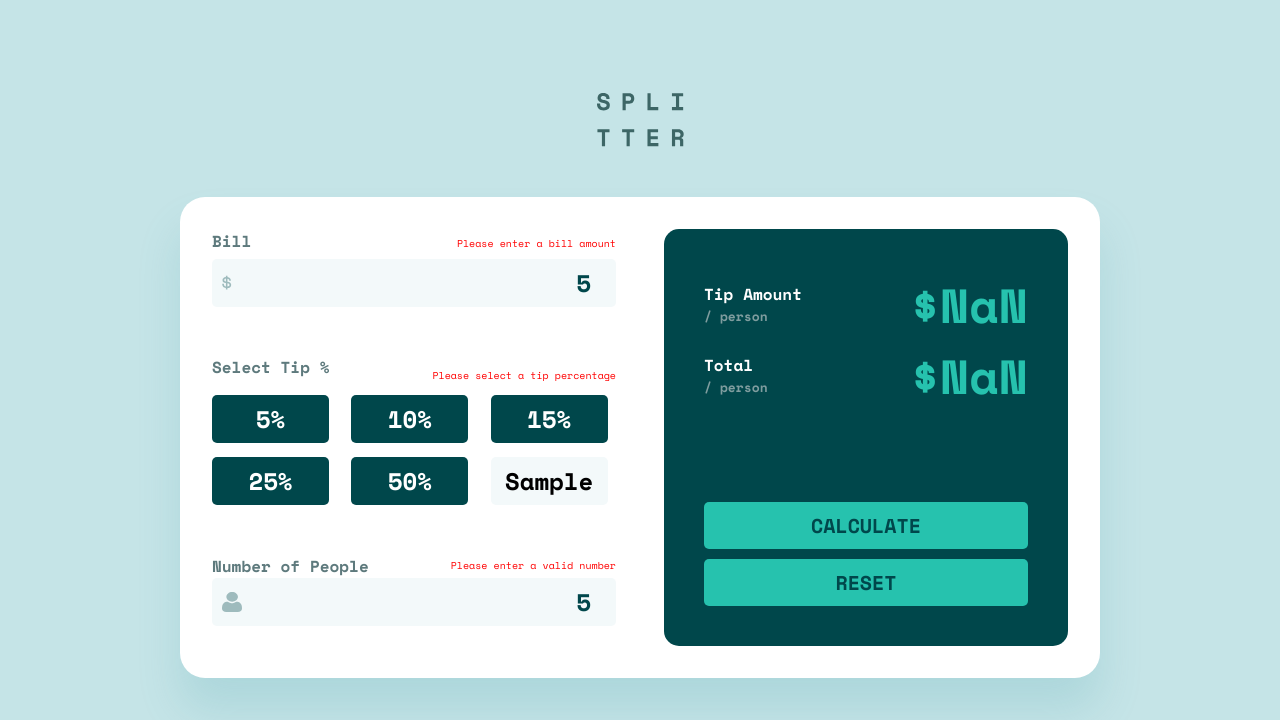
Repository: brandontaylor1/splitter
Page: index.html
An editor plug-in stored every save of this project. The page is shown before and after a run of saves, followed by the edit.
The browser window is 1280 px wide. The pictures show the whole page.
Empty fields were first filled with sample values (such as "Sample", 5 or name@example.com).
After loading, the first visible `#calculate-button` was clicked once.

Above is the page before, as saved 2025-02-07 14:04:06.

### index.html
<!DOCTYPE html>
<html lang="en">
<head>
    <meta charset="UTF-8">
    <meta name="viewport" content="width=device-width, initial-scale=1.0">
    <link rel="preconnect" href="https://fonts.googleapis.com">
    <link rel="preconnect" href="https://fonts.gstatic.com" crossorigin>
    <link href="https://fonts.googleapis.com/css2?family=Space+Mono:ital,wght@0,400;0,700;1,400;1,700&display=swap" rel="stylesheet">
    <link rel="stylesheet" href="styles.css">
    <title>Splitter | Tip Calculator</title>
</head>
<body>
    <img src="./assets/images/logo.svg" id="logo-image" alt="logo image">
    <h1 class="error-message" id="form-error"></h1>
    <main class="container">
        <form>
            <div class="left-column">
                <div class="bill-input">
                    <div class="bill-titles">
                        <h2>Bill</h2>
                        <p class="error-message" id="bill-error"></p>
                    </div>
                    <div class="bill-input-with-icon">
                        <input type="number" min="0.00" max="10000.00" id="bill-input" placeholder="$0.00">
                    </div>
                </div>
                <div class="tip-input">
                    <div class="tip-titles">
                        <h2 id="select-tip-title">Select Tip %</h2>
                        <p class="error-message" id="tip-error"></p>
                    </div>
                    <div class="tip-buttons">
                        <button type="button" class="tip-button" value=".05">5%</button>
                        <button type="button" class="tip-button" value=".10">10%</button>
                        <button type="button" class="tip-button" value=".15">15%</button>
                        <button type="button" class="tip-button" value=".25">25%</button>
                        <button type="button" class="tip-button" value=".50">50%</button>
                        <input type="text" id="custom-tip" placeholder="Custom">
                    </div>
                </div>
                <div class="number-of-people-input">
                    <div class="people-titles">
                        <h2 id="number-of-people-title">Number of People</h2>
                        <p class="error-message" id="people-error"></p>
                    </div>
                    <div class="person-input-with-icon">
                        <input type="number" id="number-of-people-input" placeholder="0">
                    </div>
                </div>
            </div>
        </form>
        <div class="right-column">
                <div class="info-container">
                    <div class="tip-calculations">
                        <div class="tip-amount">
                            <div class="info">
                                <h3>Tip Amount</h3>
                                <p>/ person</p>
                            </div>
                            <div class="amount">
                                <h1 id="tip-amount">$0.00</h1>
                            </div>
                        </div>
                        <div class="total">
                            <div class="info">
                                <h3>Total</h3>
                                <p>/ person</p>
                            </div>
                            <div class="amount">
                                <h1 id="total-amount">$0.00</h1>
                            </div>
                        </div>
                    </div>
                    <div class="button-container">
                        <button type="button" id="calculate-button">
                            CALCULATE
                        </button>
                        <button type="button" id="reset-button">
                            RESET
                        </button>
                    </div>
        </div>
    </main>

    <script src="index.js"></script>
</body>
</html>

### styles.css
* {
    box-sizing: border-box;
    margin: 0;
    padding: 0;
}

:root {
    --background-color: #C5E4E7;
    --input-button-color: #00474B;
    --primary-white: #fff;
    --calculated-numbers-color: #26C2AE;
    --input-title-color: #5E7A7D;
    --input-background-color: #F3F9FA;
    --input-icon-color: #9EBBBD;
    --title-text-color: #3D6666;
    --custom-input-color: #547878;
}

/* UTILITY CLASSES */
.space-mono-regular {
    font-family: "Space Mono", serif;
    font-weight: 400;
    font-style: normal;
  }

  .space-mono-bold {
    font-family: "Space Mono", serif;
    font-weight: 700;
    font-style: normal;
  }

  .space-mono-regular-italic {
    font-family: "Space Mono", serif;
    font-weight: 400;
    font-style: italic;
  }

  .space-mono-bold-italic {
    font-family: "Space Mono", serif;
    font-weight: 700;
    font-style: italic;
  }


body {
    background-color: #C5E4E7;
    height: 100vh;
    width: 100%;
    display: flex;
    flex-direction: column;
    justify-content: center;
    align-items: center;
    font-family: "Space Mono", monospace;
}

#logo-image {
    margin: 50px 0;
}


.container {
    background-color: var(--primary-white);
    width: 920px;
    height: 481px;
    border-radius: 25px;
    box-shadow: 0px 32px 43px 0px rgba(79, 166, 175, 0.20);
    display: grid;
    gap: 48px;
    grid-template-columns: 1fr 1fr;
    padding: 32px;
}

.left-column {
    display: flex;
    flex-direction: column;
    justify-content: space-between;
    width: 100%;
    height: 100%;
}

.right-column {
    grid-column: 2 / 3;
    width: 100%;
    height: 100%;
    border-radius: 15px;
    background-color: var(--input-text-color);
}

input {
    height: 48px;
    width: 100%;
    padding: 10px;
    display: flex;
    flex-direction: row;
    justify-content: space-between;
    background-color: var(--input-background-color);
    border: none;
    border-radius: 5px;
    margin-bottom: 20px;
}

.person-input-with-icon input{
    width: 100%;
    font-family: "Space Mono", monospace;
    font-size: 24px;
    color: #00474B;
    font-weight: 600;
    background-image: url("./assets/images/icon-person.svg");
    background-repeat: no-repeat;
    background-position: 10px center;
    background-size: 20px 20px;
    text-align: right;
}

#bill-input {
    width: 100%;
    font-family: "Space Mono", monospace;
    font-size: 24px;
    font-weight: 600;
}

#number-of-people-input {
    width: 100%;
    font-family: "Space Mono", monospace;
    font-size: 24px;
    color: #00474B;
    font-weight: 600;
}

.bill-input-with-icon input {
    width: 100%;
    font-family: "Space Mono", monospace;
    font-size: 24px;
    color: #00474B;
    font-weight: 600;
    background-image: url("./assets/images/icon-dollar.svg");
    background-repeat: no-repeat;
    background-position: 10px center;
    background-size: auto 15px;
    text-align: right;
}

.bill-input h2 {
    font-size: 16px;
    color: var(--input-title-color);
    margin-bottom: 6px;
}

.tip-buttons {
    display: grid;
    grid-template-columns: repeat(3, 1fr);
    gap: 14px;
}

#select-tip-title {
    color: #5E7A7D;
    font-size: 16px;
    margin-bottom: 16px;
}

.tip-button {
    width: 117px;
    height: 48px;
    flex-shrink: 0;
    border: none;
    border-radius: 5px;
    background-color: #00474B;
    color: var(--primary-white);
    font-family: "Space Mono", monospace;
    font-size: 24px;
    font-weight: 600;
}


.tip-button:hover {
    background-color: #26C2AE;
    color: #00474B;
}

.active {
    background-color: #26C2AE;
    color: #00474B;
}

.disabled {
    background-color: #00474B;
    color: #5E7A7D;
    opacity: .5;
}

#custom-tip {
    width: 117px;
    height: 48px;
    flex-shrink: 0;
    text-align: center;
    font-size: 24px;
    font-weight: 600;
    font-family: "Space Mono", monospace;
}

#number-of-people-title {
    color: #5E7A7D;
    font-size: 16px;
}


.right-column {
    background-color: #00474B;
    padding: 40px;
    display: flex;
    flex-direction: column;
    justify-content: space-between;
}

.info-container {
    display: flex;
    flex-direction: column;
    justify-content: space-between;
    height: 100%;

}

.tip-amount, .total {
    display: flex;
    flex-direction: row;
    justify-content: space-between;
    align-items: center;
    color: var(--primary-white);
}

.amount {
    color: #26C2AE;
    font-size: 24px;
    font-family: "Space Mono", monospace;
}

.info h3 {
    font-size: 16px;
    color: var(--primary-white);
}

.info p {
    font-size: 13px;
    color: #7F9D9F;
    font-family: "Space Mono", monospace;
    font-weight: 700;
}

.button-container {
    display: flex;
    flex-direction: column;


}

#calculate-button   {
    padding: 9px 40px;
    text-align: center;
    border: none;
    cursor: pointer;
    background-color: #26C2AE;
    color: #00474B;
    border-radius: 5px;
    font-size: 20px;
    font-weight: 600;
    font-family: "Space Mono", monospace;
    margin-bottom: 10px;
}

#reset-button {
    padding: 9px 40px;
    text-align: center;
    border: none;
    cursor: pointer;
    background-color: #26C2AE;
    color: #00474B;
    border-radius: 5px;
    font-size: 20px;
    font-weight: 600;
    font-family: "Space Mono", monospace;
}

.error-message {
    color: red;
    font-size: 10px;
}

.bill-titles, .people-titles, .tip-titles {
    display: flex;
    flex-direction: row;
    justify-content: space-between;
    align-items: center;
}

#form-error {
    font-size: 18px;
}

@media screen and (max-width: 852px) {
    .container {
        width: 90%;
        height: 100%;
        display: flex;
        flex-direction: column;
        justify-content: space-between;
        padding: 20px;
    }

    .right-column {
        grid-column: 1 / 2;
        width: 100%;
        height: 100%;
        border-radius: 15px;
        background-color: var(--input-text-color);
    }

    .left-column {
        display: flex;
        flex-direction: column;
        justify-content: space-between;
        width: 100%;
        height: 100%;
    }

    .right-column {
        background-color: #00474B;
        padding: 40px;
        display: flex;
        flex-direction: column;
        justify-content: space-between;
    }

    .info-container {
        display: flex;
        flex-direction: column;
        justify-content: space-between;
        height: 100%;
    }

    .tip-amount, .total {
        display: flex;
        flex-direction: row;
        justify-content: space-between;
        align-items: center;
        color: var(--primary-white);
    }

    .amount {
        color: #26C2AE;
        font-size: 24px;
        font-family: "Space Mono", monospace;
    }

    .info h3 {
        font-size: 16px;
        color: var(--primary-white);
    }

    .info p {
        font-size: 13px;
        color: #7F9D9F;
        font-family: "Space Mono", monospace;
        font-weight: 700;
    }

    .button-container {
        display: flex;
        flex-direction: column;
    }

    #calculate-button   {
        padding: 9px 40px;
        text-align: center;
        border: none;
        cursor: pointer;
        background-color: #26C2AE;
        color: #00474B;
        border-radius: 5px;
        font-size: 20px;
        font-weight: 600;
        font-family: "Space Mono", monospace;
        margin-bottom: 10px;
    }

    #reset-button {
        padding: 9px 40px;
        text-align: center;
        border: none;
        cursor: pointer;
        background-color: #26C2AE;
    }
}

### index.js
const billInput = document.querySelector("#bill-input");
const peopleInput = document.querySelector("#number-of-people-input");
const tipAmountElement = document.getElementById("tip-amount");
const totalAmountElement = document.getElementById("total-amount");
const tipButtons = document.querySelectorAll('.tip-button')

const calculateBtn = document.querySelector("#calculate-button");
const resetBtn = document.querySelector("#reset-button");
const formError = document.querySelector('#form-error')
const peopleError = document.querySelector("#people-error");
const billError = document.querySelector('#bill-error')
const tipError = document.querySelector('#tip-error')

let billAmount = 0
let tipPercentage = 0
let numberOfPeople = 0

tipButtons.forEach(button => {
    button.addEventListener('click', () => {
        if(button.classList.contains('active')) {
            button.classList.remove('active')
        } else {
            button.classList.add('active')
        }
        tipPercentage = button.value
        console.log(tipPercentage)
    })
})

function validateAmount(input) {
    if(!isNaN(input) && input !== "" && input > 0) {
        const dollarAmount = parseFloat(input);
        billAmount = dollarAmount;
    } else {
        console.log("Invalid input. Please enter a valid number");
        billError.textContent = "Please enter a valid number";
    }
}

function validatePeople(input) {
    if(!isNaN(input) && input !== "" && input > 0) {
        const people = parseFloat(input);
        numberOfPeople = people;
        console.log(numberOfPeople)
    } else {
        console.log("Invalid input. Please enter a valid number");
        peopleError.textContent = "Please enter a valid number";
    }
}

function calculateTipAmount(bill, tipCalculated, people) {
    return (bill * tipCalculated) / people
}

function calculateTotalAmount(bill, tipAmount, people) {
    return (bill + tipAmount) / people

}

calculateBtn.addEventListener("click", () => {
    let hasError = false;

    if (billAmount === undefined || billAmount === "" || billAmount === 0) {
        billError.innerText = "Please enter a bill amount";
        hasError = true;
        tipAmountElement.innerText = "$0.00";
        totalAmountElement.innerText = "$0.00";
    } else {
        billError.innerText = "";
    }

    if (tipPercentage === undefined || tipPercentage === "" || tipPercentage === 0) {
        tipError.innerText = "Please select a tip percentage";
        hasError = true;
        tipAmountElement.innerText = "$0.00";
        totalAmountElement.innerText = "$0.00";
    } else {
        tipError.innerText = "";
    }

    if (numberOfPeople === undefined || numberOfPeople === "" || numberOfPeople === 0) {
        peopleError.innerText = "Please enter a valid number";
        hasError = true;
        tipAmountElement.innerText = "$0.00";
        totalAmountElement.innerText = "$0.00";
    } else {
        peopleError.innerText = "";
    }


    const tipAmount = calculateTipAmount(billAmount, tipPercentage, numberOfPeople)
    const totalAmount = calculateTotalAmount(billAmount, tipAmount, numberOfPeople)

    tipAmountElement.innerText = `$${tipAmount.toFixed(2)}`;
    totalAmountElement.innerText = `$${totalAmount.toFixed(2)}`;

    calculateBtn.disabled = true;

})

resetBtn.addEventListener("click", () => {
    billInput.value = ""
    peopleInput.value = ""
    tipAmount = 0
    totalBill = 0
    tipAmountElement.innerText = "$0.00"
    totalAmountElement.innerText = "$0.00"
    tipButtons.forEach(button => {
        button.classList.remove('active')
    })
    tipPercentage = 0
    billAmount = 0
    numberOfPeople = 0
    formError.innerText = ""
    billError.innerText = ""
    tipError.innerText = ""
    peopleError.innerText = ""

    calculateBtn.disabled = false

})

billInput.addEventListener("input", () => {
    console.log(billInput.value);
    validateAmount(billInput.value);
})

peopleInput.addEventListener("input", () => {
    console.log(peopleInput.value);
    validatePeople(peopleInput.value);
})

After the next 2 saves:
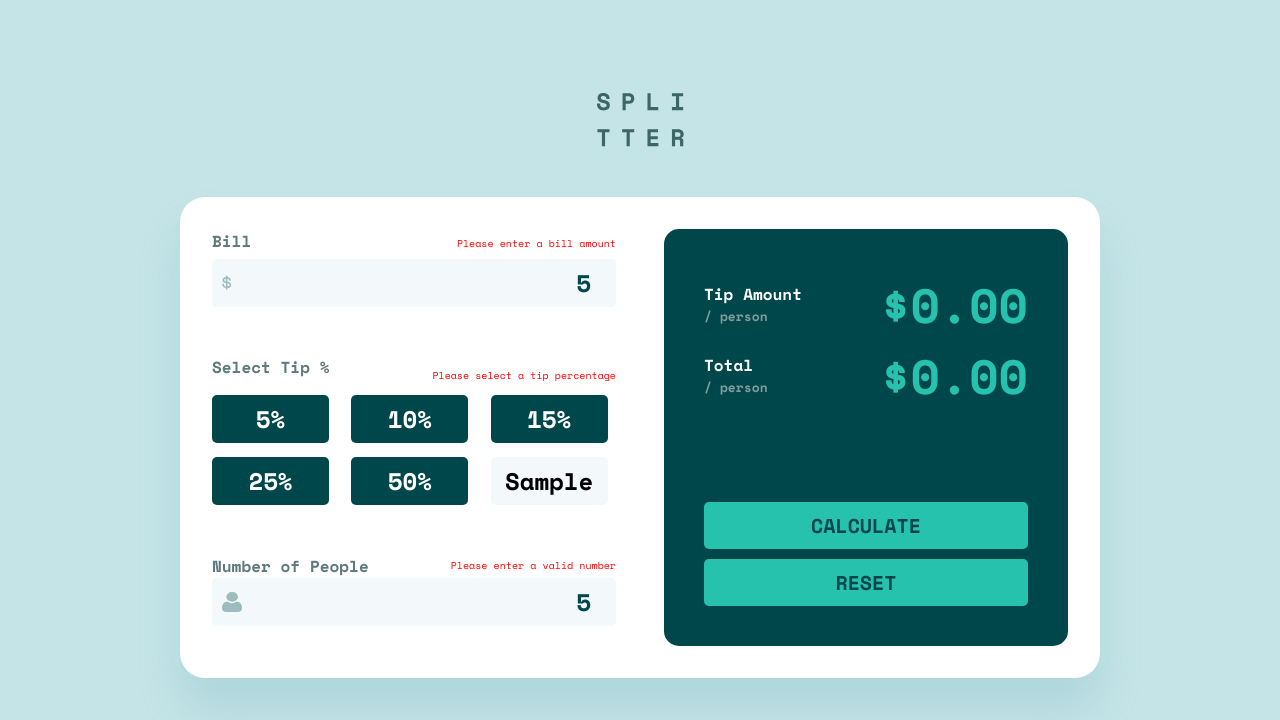
Console error: ReferenceError: total is not defined
The 2 saves are shown as one change because they came seconds apart.
The last was saved 26 s later.
--- a/index.js
+++ b/index.js
@@ -60,6 +60,11 @@ function calculateTotalAmount(bill, tipAmount, people) {
 calculateBtn.addEventListener("click", () => {
     let hasError = false;
 
+    if(billAmount === undefined || tipPercentage === undefined || numberOfPeople === undefined) {
+        formError.innerText = "Please fill out all fields";
+        hasError = true;
+    }
+
     if (billAmount === undefined || billAmount === "" || billAmount === 0) {
         billError.innerText = "Please enter a bill amount";
         hasError = true;
@@ -82,7 +87,7 @@ calculateBtn.addEventListener("click", () => {
         peopleError.innerText = "Please enter a valid number";
         hasError = true;
         tipAmountElement.innerText = "$0.00";
-        totalAmountElement.innerText = "$0.00";
+        total.innerText = "$0.00";
     } else {
         peopleError.innerText = "";
     }
